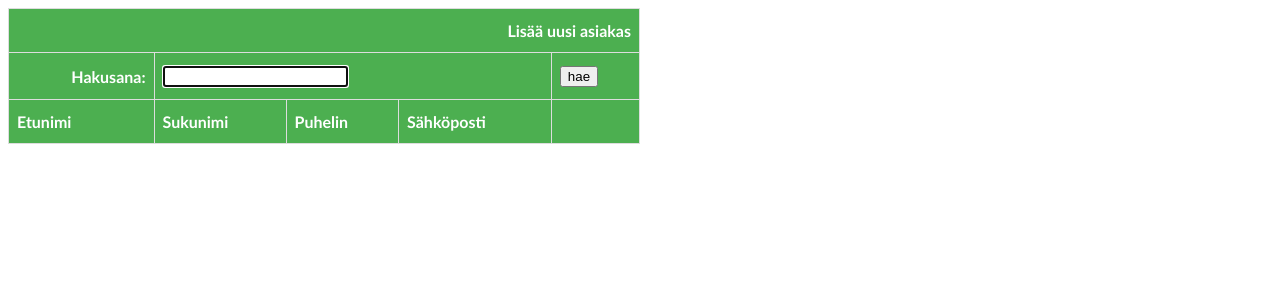
Repository: Muutostehdas/Viikko7
Page: http://localhost/Asiakas_NatiiviJS/listaaasiakkaat.jsp
The author's editor kept a copy of each file at every save. The page is drawn from the files as they stood at one save, then again after the next save.
The browser window is 1280 px wide. The pictures show the whole page.
The page is served by Tomcat 9.

Above is the page before, as saved 2021-05-13 10:27:43.

After the next save:
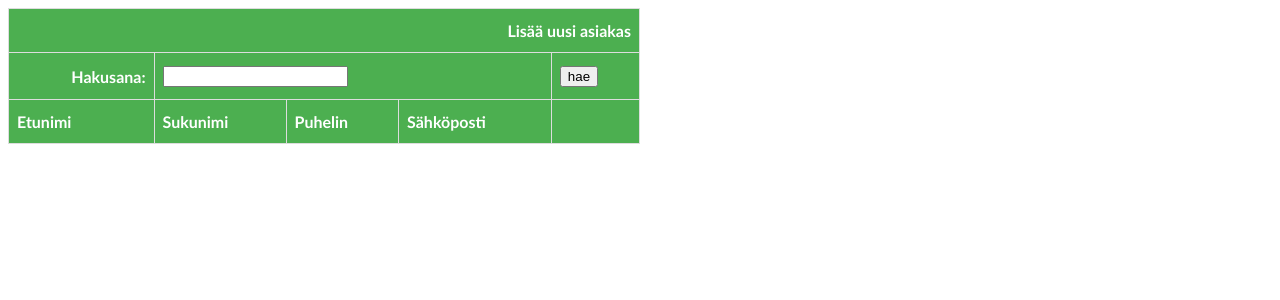
Console error: ReferenceError: $ is not defined
Saved 2 h 10 min later.
--- a/Asiakas_NatiiviJS/WebContent/listaaasiakkaat.jsp
+++ b/Asiakas_NatiiviJS/WebContent/listaaasiakkaat.jsp
@@ -4,10 +4,14 @@
 <html>
 <head>
 <meta charset="ISO-8859-1">
-<script
-	src="https://ajax.googleapis.com/ajax/libs/jquery/3.4.1/jquery.min.js"></script>
 <link rel="stylesheet" type="text/css" href="css/main1.css">
+<script src="scripts/main.js"></script>
 <title>listaa asiakkaat</title>
+<style>
+.oikealle{
+	text-align: right;
+}
+</style>
 </head>
 <body>
 
